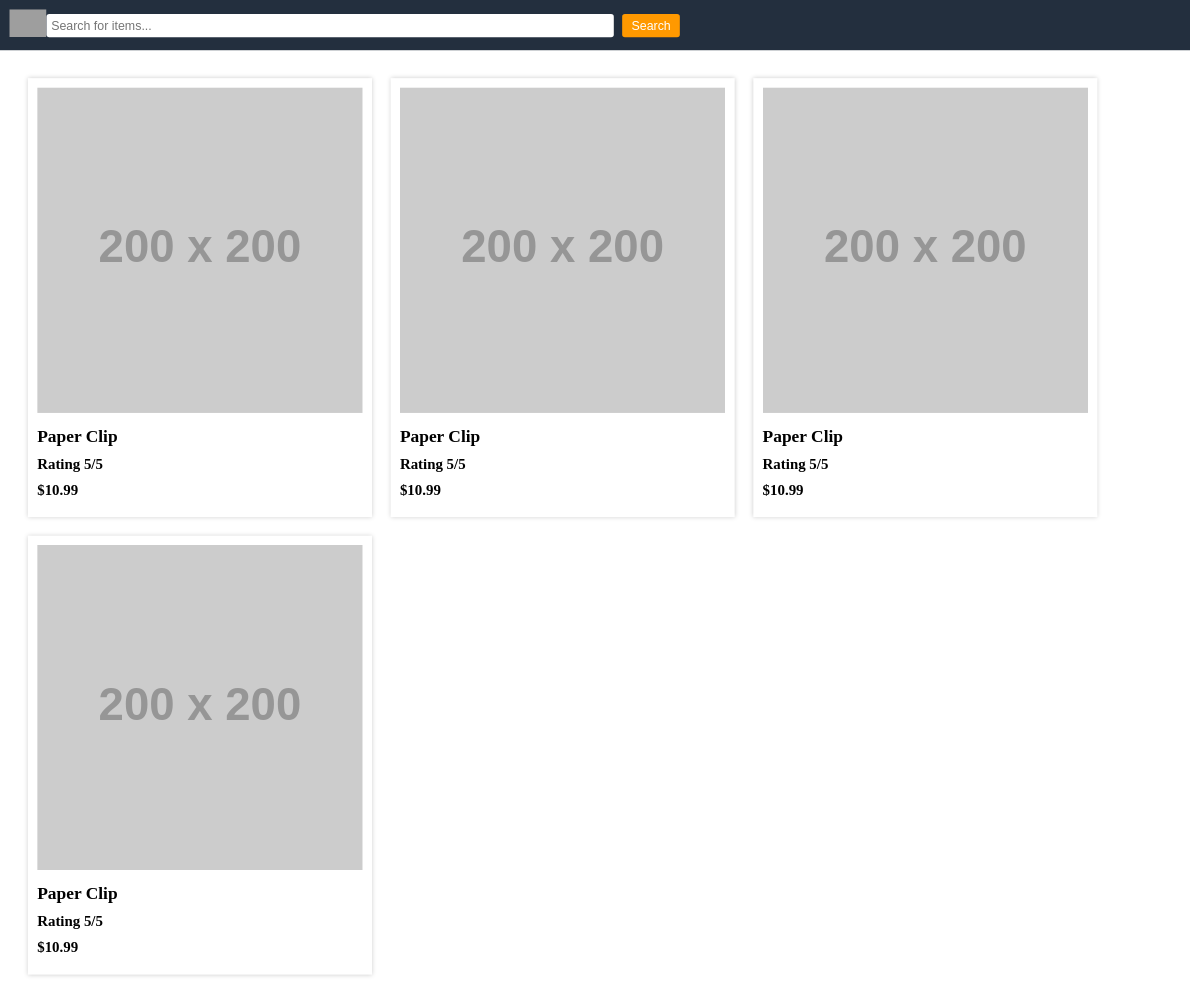
Repository: Minh-John-Le/OfficeSupplyDepot
Page: http://localhost/OfficeSupplyDepotServlet/MainPage.jsp
These files come from the project's save history. The page is drawn as it stood at one moment and after the next save; the edit follows.
The browser window is 1280 px wide. The pictures show the whole page, at 93% of full size.
Pictures or frames that could not be fetched are drawn as grey boxes. The page is served by Tomcat 9. Nobody is signed in. The application's start-up code is not run.

Above is the page before, as saved 2023-03-14 00:15:34.

After the next save:
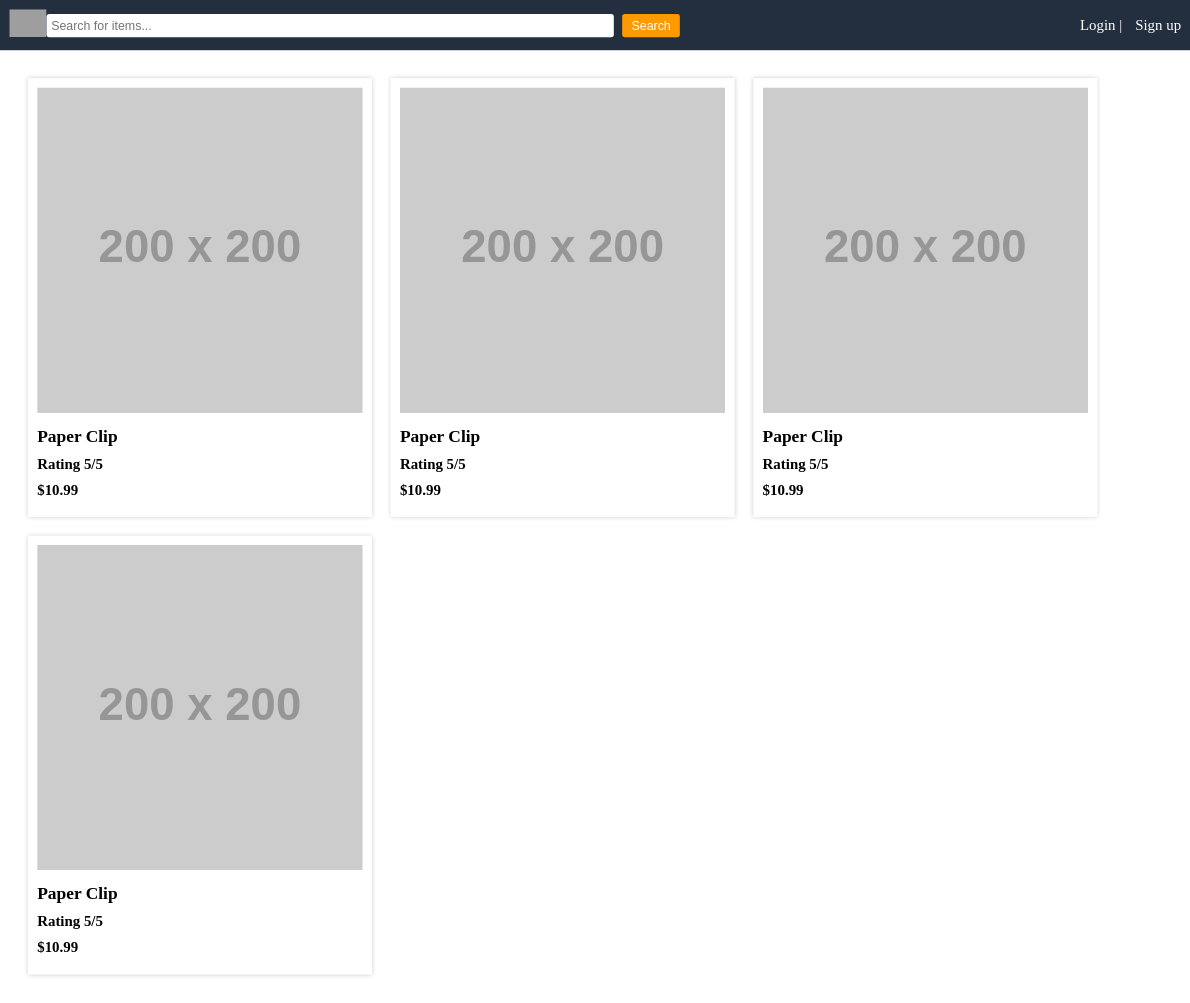
Saved 49 s later.
--- a/OfficeSupplyDepotServlet/src/main/webapp/MainPage.jsp
+++ b/OfficeSupplyDepotServlet/src/main/webapp/MainPage.jsp
@@ -18,7 +18,7 @@
 		<%
 			Customer loginCustomer = (Customer) request.getAttribute("loginCustomer");
 			Store loginStore = (Store) request.getAttribute("loginStore");
-			if (loginCustomer != null && loginStore != null)
+			if (loginCustomer == null && loginStore == null)
 			{
 		%>
 			<div class="login-signup">
